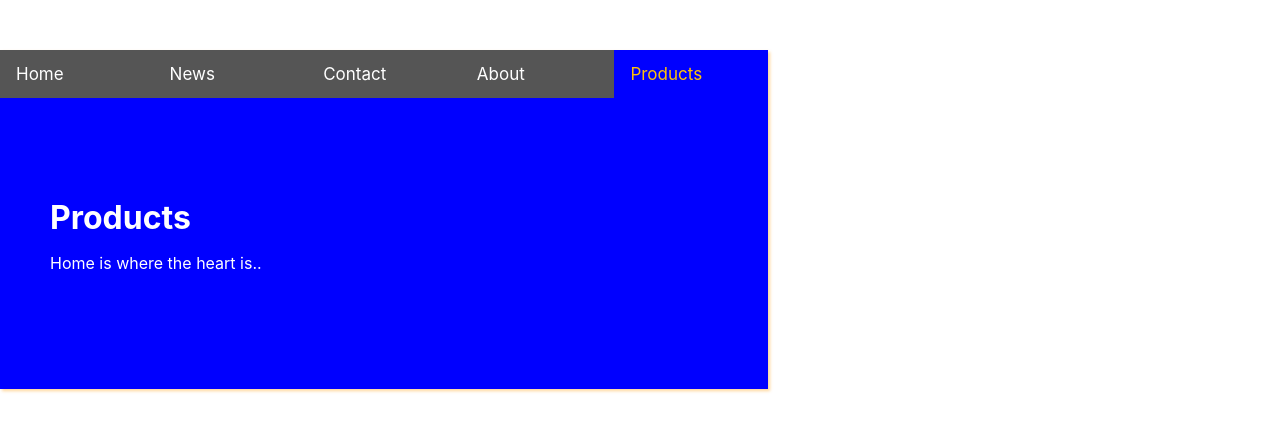
Repository: JasonMorta/basicPlus-rouets
Page: /products
An editor plug-in stored every save of this project. The page is shown before and after the next save, followed by the edit.
The browser window is 1280 px wide. The pictures show the whole page.
Some web fonts or font styles are not loaded; a fallback is used. The project was rebuilt for these pictures with package versions that can differ from the ones it lists, and the page was loaded fresh each time. Also part of the build but not shown: src/pages/Home.jsx, src/pages/news.css, src/pages/News.jsx, src/pages/About.jsx, src/pages/Hooks/UseRefHook.jsx, src/pages/Contact.jsx, src/pages/List.jsx.

Above is the page before, as saved 2023-04-01 08:23:51.

After the next save:
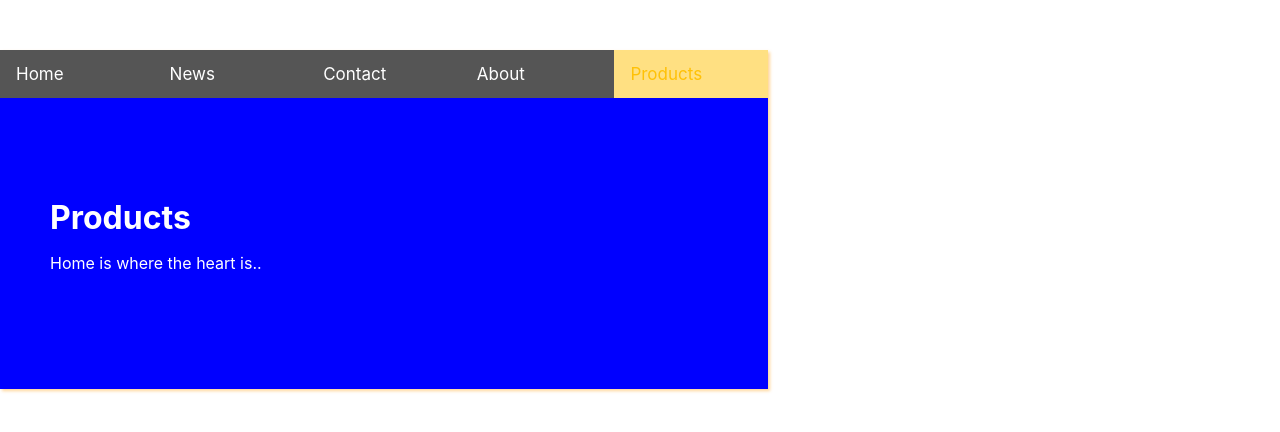
Saved 2 min 5 s later.
--- a/src/components/Nav.jsx
+++ b/src/components/Nav.jsx
@@ -75,10 +75,10 @@
       <Link
         to="/products"
         className="tablink"
-        onClick={() => setState(prev => ({...prev, active:"blue", location: "/products" }))}
+        onClick={() => setState(prev => ({...prev, active:"#FFE082", location: "/products" }))}
         style={{
-          backgroundColor: state.location === "/products" ? "blue": "",
-          color: state.about === "blue" ? color: "#ffc107" }}>
+          backgroundColor: state.location === "/products" ? "#FFE082": "",
+          color: state.about === "#FFE082" ? color: "#ffc107" }}>
         Products
       </Link>
     </header>
